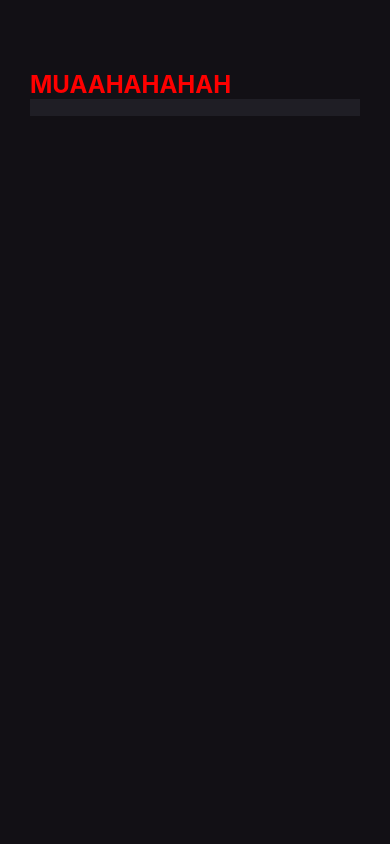
Repository: vagnereix/01-myskills-trilha-react-native
Screen: /
An editor plug-in stored every save of this project. The screen is shown before and after the next save, followed by the edit.
The app was drawn by React Native's web renderer in a window 390 px wide. The project was rebuilt for these pictures with package versions that can differ from the ones it lists, and the page was loaded fresh each time.

Above is the screen before, as saved 2021-06-17 17:16:32.

### App.tsx
import React from 'react';

import { Home } from './pages/home';

export default function App() {
  return (
    <Home />
  );
};

### pages/home.tsx
import React from 'react';
import { View, Text, StyleSheet, TextInput } from 'react-native';

export function Home() {
    return (
      <View style={styles.container}>
        <Text style={styles.title}>MUAAHAHAHAH</Text>

        <TextInput style={styles.input} />
      </View>
    );
}

const styles = StyleSheet.create({
    container: {
        flex: 1,
        paddingHorizontal: 30,
        paddingVertical: 70,
        backgroundColor: '#121015'
    },
    title: {
        color: 'red',
        fontWeight: 'bold',
        fontSize: 24,
    },
    input: {
        backgroundColor: '#1f1e25'
    }
})

After the next save:
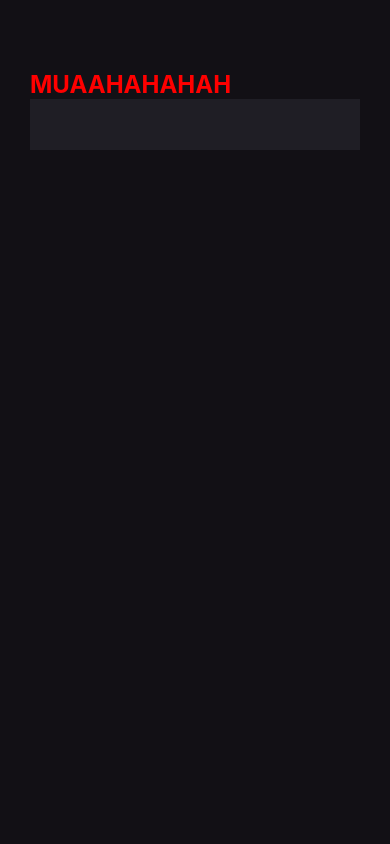
Saved 51 s later.
--- a/pages/home.tsx
+++ b/pages/home.tsx
@@ -24,6 +24,8 @@ const styles = StyleSheet.create({
         fontSize: 24,
     },
     input: {
-        backgroundColor: '#1f1e25'
+        backgroundColor: '#1f1e25',
+        fontSize: 18,
+        padding: 15,
     }
 })
